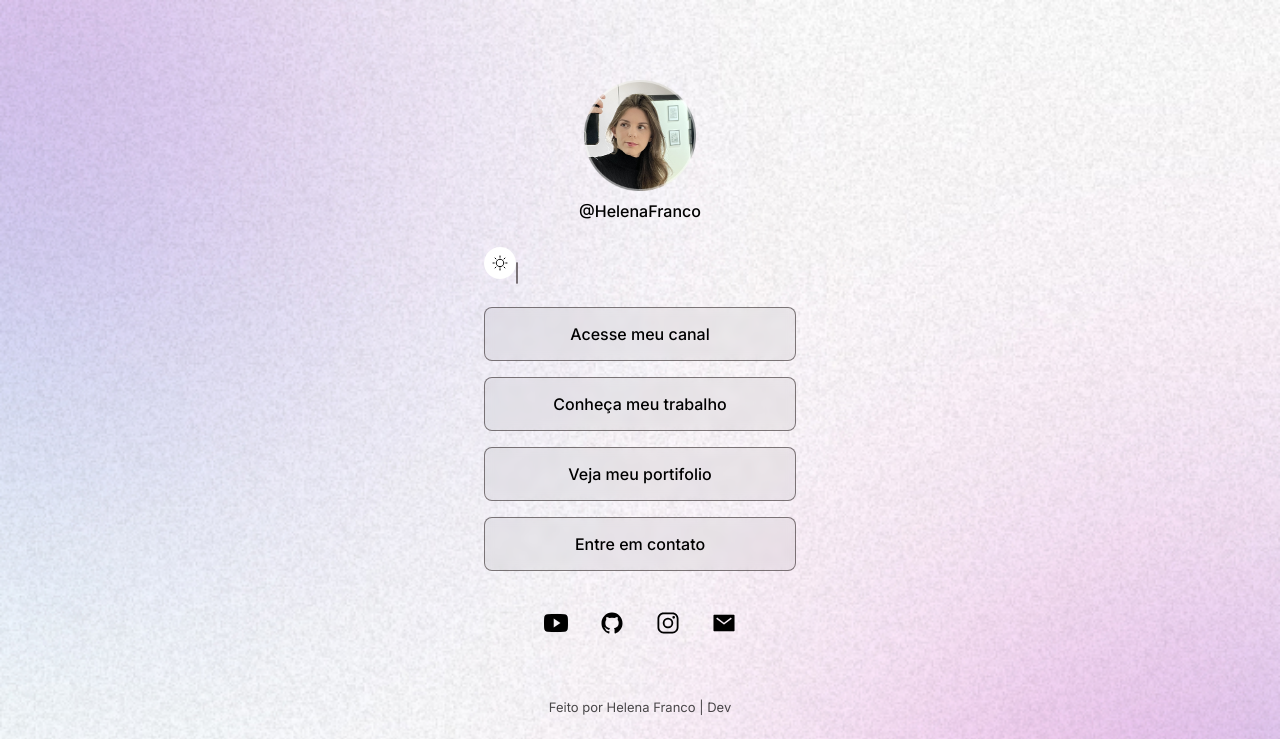
Repository: Fr4nc021/Pagina-de-links-
Page: index.html
An editor plug-in stored every save of this project. The page is shown before and after the next save, followed by the edit.
The browser window is 1280 px wide. The pictures show the whole page.

Above is the page before, as saved 2025-02-17 20:37:05.

### index.html
<!DOCTYPE html>
<html lang="pt-br" class="light">
    <head>
    <link rel="preconnect" href="https://fonts.googleapis.com" />
    <link rel="preconnect" href="https://fonts.gstatic.com" crossorigin
    />
    <link
    href="https://fonts.googleapis.com/css2?family=Inter:ital,opsz,wght@0,14..32,100..900;1,14..32,100..900&display=swap" rel="stylesheet"
    />
    <meta charset="UTF-8" />
    <meta http-equiv="X-UA-Compatible" content="IE=edge" />
    <meta name="viewport" content="width=device-width, initial-scale=1.0" />
    <title>DevLinks</title>
    <link rel="stylesheet" href="style.css" />
</head>
<body>
    <div id="container">
    <div id="profile">
    <img
        src="./assets/avatar.png"
        alt="Foto da Helena Franco sorrindo">
        <p>@HelenaFranco</p>
    </div>
    <div id="switch">
        <button></button>
        <span></span>
    </div>

    <div>
        <ul>
            <li>
                <a href="#" target="_blank">Acesse meu canal</a>
            </li>
            <li>
                <a href="#" target="_blank">Conheça meu trabalho</a>
            </li>
            <li>
                <a href="#" target="_blank">Veja meu portifolio</a>
            </li>
            <li>
                <a href="#" target="_blank">Entre em contato</a>
            </li>
        </ul>
    </div>
        <div id="social-links">
            <a href="https://www.youtube.com/@FR4NC021" target="_blank">
            <ion-icon name="logo-youtube"></ion-icon></a>

            <a href="https://github.com/Fr4nc021" target="_blank">
            <ion-icon name="logo-github"></ion-icon></a>

            <a href="https://www.instagram.com/h.franco__/" target="_blank">
            <ion-icon name="logo-instagram"></ion-icon></a>

            <a href="https://w.app/doczx7" target="_blank">
            <ion-icon name="mail-sharp"></ion-icon></a>
        </div>

        <footer>
            Feito por Helena Franco | Dev
        </footer>
    </div>
    <script
    type="module"
    src="https://unpkg.com/ionicons@7.1.0/dist/ionicons/ionicons.esm.js" ></script>
<script
nomodule
src = "https://unpkg.com/ionicons@7.1.0/dist/ionicons/ionicons.js" ></script>
</body>
</html>

### style.css
* {
    margin: 0%;
    padding: 0%;
    box-sizing: border-box;
}

:root {
    --text-color: white;
    --bg-url: url(./assets/bg-mobile.jpg);
    --stroke-color: rgba(255, 255, 255, 0.5);
    --surface-color: rgba(255, 255, 255, 0.1);
    --surface-color-hover: rgba(0, 0, 0, 0.02);
    --highlight-color: rgba(255, 255, 255, 0.2);
    --switch-bg-url: url(./assets/moon-stars.svg);
}

.light {
    --text-color: black;
    --bg-url: url(./assets/bg-mobile-light.jpg);
    --stroke-color: rgba(15, 5, 5, 0.5);
    --surface-color: rgba(0, 0, 0, 0.05);
    --surface-color-hover: rgba(0, 0, 0, 0.02);
    --highlight-color: rgba(0, 0, 0, 0.1);
    --switch-bg-url: url(./assets/sun.svg);


}

body {
background: var(--bg-url) no-repeat top center/cover;
color: var(--text-color);
}

body * {
        font-family: "Inter", sans-serif;
        color: var(--text-color);
    }

#container {
    width: 360px;
    margin: 56px auto 0px;
    padding: 0 24px;
}

#profile img {
    width: 112px;
    display: block;
    margin: auto;

}

#profile {
    text-align: center;
    padding: 24px;
}

#profile p {
    font-weight: 500;
    line-height: 24px;
    margin-top: 8px;
}

#switch button {
    width: 32px;
    height: 32px;
    background: white var(--switch-bg-url) no-repeat center;
    border: 0;
    border-radius: 50%;

}

#switch span {
    display: block
    width: 64px;
    height: 24px;
    background: var(--surface-color);
    border: 1px solid var(--stroke-color);
    backdrop-filter: blur(4px);
    --webkit-backdrop-filter: blur(4px);
    border-radius: 9999px;
}

/* Links */

ul{
    list-style: none;
    display: flex;
    flex-direction: column;
    gap: 16px;

    padding: 24px 0;
}

ul li a {

        display: flex;
        align-items: center;
        justify-content: center;

        padding: 16px 24px;

        background: var(--surface-color);
        border: 1px solid var(--stroke-color);
        border-radius: 8px;

        -webkit-backdrop-filter: blur(4px);
        backdrop-filter: blur(4px);

        text-decoration: none;
        font-weight: 500;

        transition: background 0.2s;
    }

    /* pseudo-selector */

    ul li a:hover {
        background: var(--surface-color-hover);
        border: 1.5px solid var(--text-color);
    }

    #social-links {
        display: flex;
        justify-content: center;

        margin-top: 24px 0;

        font-size:24px;
    }

    #social-links a {
        display: flex;
        align-items: center;
        justify-content: center;
        padding: 16px;

        transition: 0.2s;
        border-radius: 50%;
    }


    #social-links a:hover {
        background:--var(--highlight-color);
    }

    footer {
        padding: 24px;
        text-align: center;
        margin-top: 24px;
        font-size: small;
        opacity: 0.7;

    }

### assets/sun.svg
<svg width="16" height="16" viewBox="0 0 16 16" fill="none" xmlns="http://www.w3.org/2000/svg">
<path d="M8 11.75C10.0711 11.75 11.75 10.0711 11.75 8C11.75 5.92893 10.0711 4.25 8 4.25C5.92893 4.25 4.25 5.92893 4.25 8C4.25 10.0711 5.92893 11.75 8 11.75Z" stroke="black" stroke-linecap="round" stroke-linejoin="round"/>
<path d="M8 2.25V1" stroke="black" stroke-linecap="round" stroke-linejoin="round"/>
<path d="M3.9313 3.9313L3.05005 3.05005" stroke="black" stroke-linecap="round" stroke-linejoin="round"/>
<path d="M2.25 8H1" stroke="black" stroke-linecap="round" stroke-linejoin="round"/>
<path d="M3.9313 12.0687L3.05005 12.95" stroke="black" stroke-linecap="round" stroke-linejoin="round"/>
<path d="M8 13.75V15" stroke="black" stroke-linecap="round" stroke-linejoin="round"/>
<path d="M12.0686 12.0687L12.9499 12.95" stroke="black" stroke-linecap="round" stroke-linejoin="round"/>
<path d="M13.75 8H15" stroke="black" stroke-linecap="round" stroke-linejoin="round"/>
<path d="M12.0686 3.9313L12.9499 3.05005" stroke="black" stroke-linecap="round" stroke-linejoin="round"/>
</svg>

After the next save:
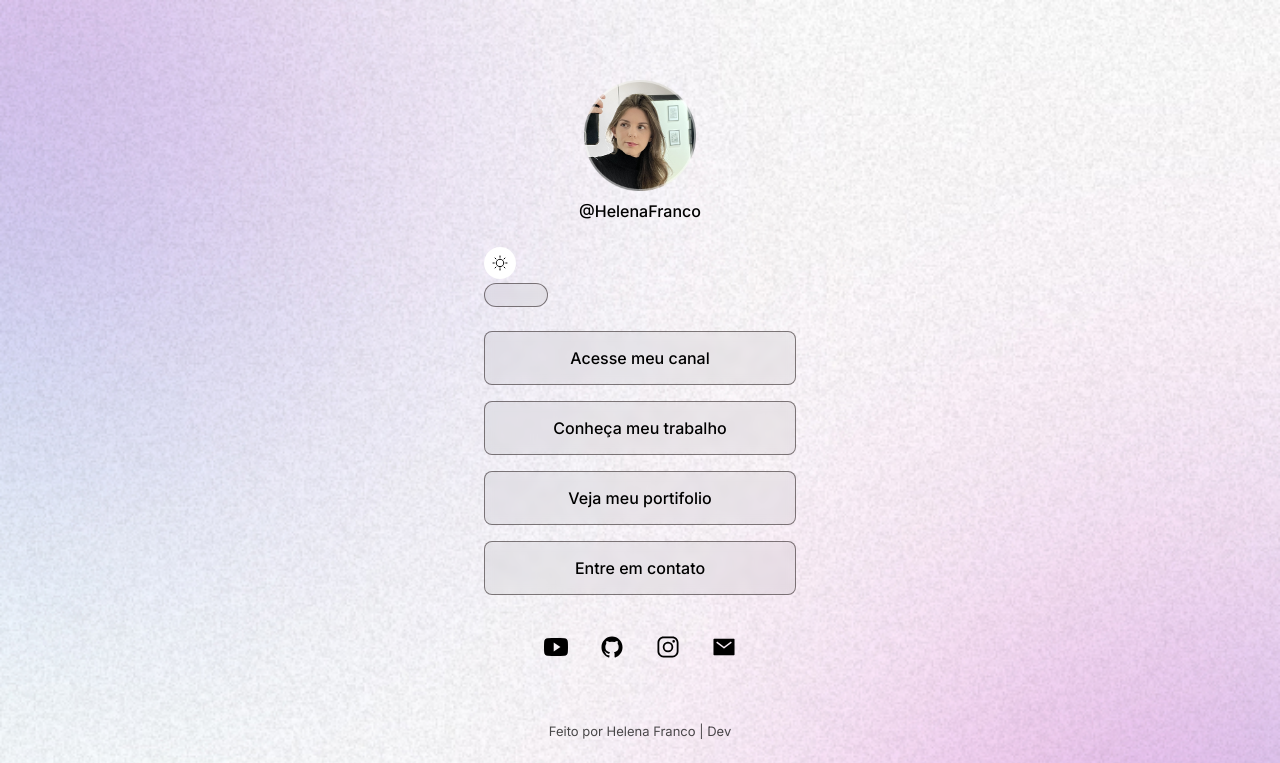
Saved 2 min 2 s later.
--- a/style.css
+++ b/style.css
@@ -70,13 +70,13 @@ body * {
 }
 
 #switch span {
-    display: block
+    display: block;
     width: 64px;
     height: 24px;
     background: var(--surface-color);
     border: 1px solid var(--stroke-color);
     backdrop-filter: blur(4px);
-    --webkit-backdrop-filter: blur(4px);
+    -webkit-backdrop-filter: blur(4px);
     border-radius: 9999px;
 }
 
